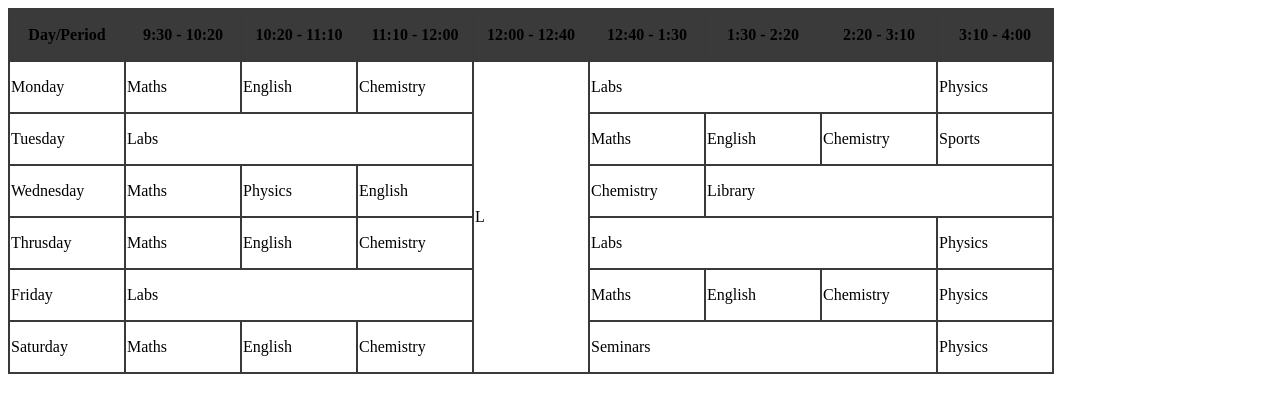
Repository: nir-github01/Html
Page: assign1-table.html
These files come from the project's save history. The page is drawn as it stood at one moment and after the next save; the edit follows.
The browser window is 1280 px wide. The pictures show the whole page.

Above is the page before, as saved 2022-09-27 20:05:05.

After the next save:
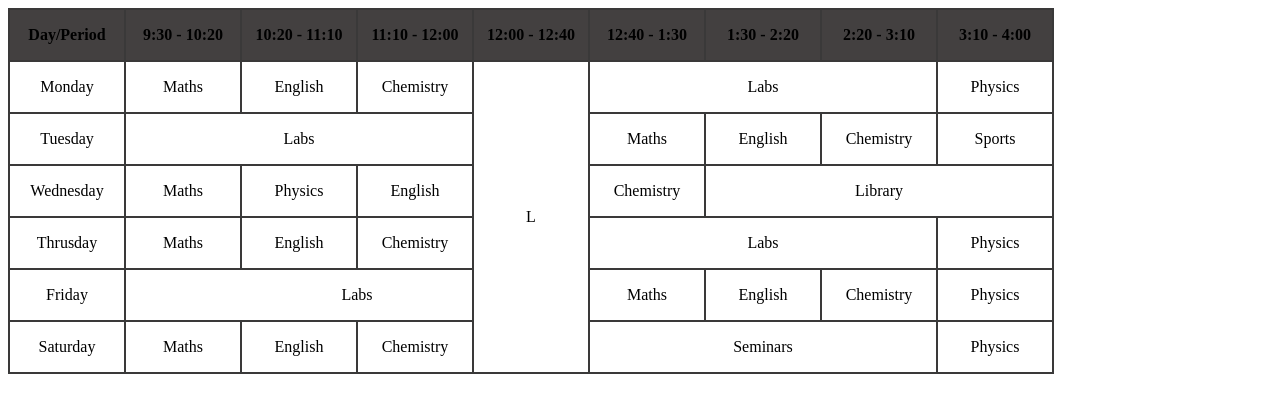
Saved 45 s later.
--- a/assign1-table.html
+++ b/assign1-table.html
@@ -12,14 +12,16 @@
         }
          th{
             border: 2px solid rgb(58, 57, 57);
-            background-color: rgb(59, 58, 58);
+            background-color: rgb(67, 64, 64);
             width: 7rem;
             height: 3rem;
+            text-align: center;
         }
         td {
             border: 2px solid rgb(58, 57, 57);
             width: 7rem;
             height: 3rem;
+            text-align: center;
         }
     </style>
 </head>
